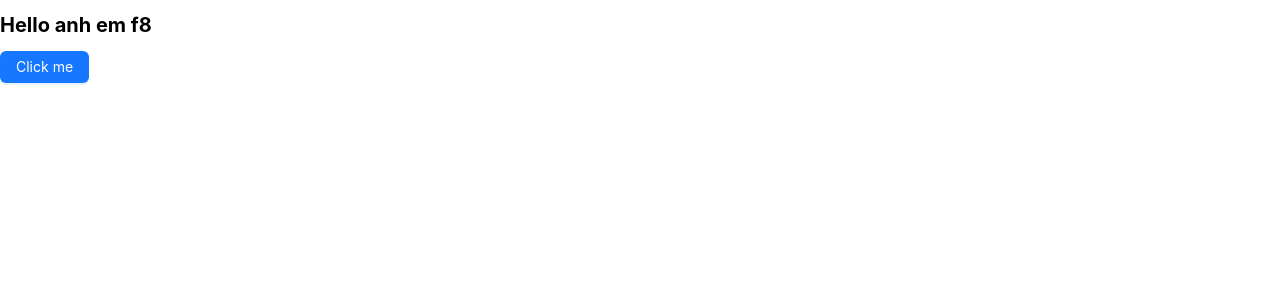
Repository: manhhieu120499/E-Commerce
Page: /
The author's editor kept a copy of each file at every save. The page is drawn from the files as they stood at one save, then again after the next save.
The browser window is 1280 px wide. The pictures show the whole page.
The project was rebuilt for these pictures with package versions that can differ from the ones it lists, and the page was loaded fresh each time.

Above is the page before, as saved 2024-12-31 12:49:04.

After the next save:
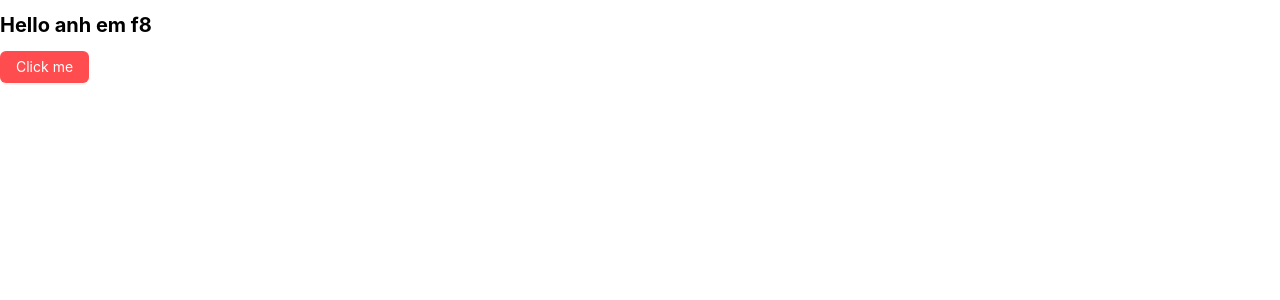
Saved 42 s later.
--- a/src/App.js
+++ b/src/App.js
@@ -3,7 +3,7 @@
   return (
     <div className="App">
       <h1>Hello anh em f8</h1>
-      <Button color="danger" type="primary" >Click me</Button>
+      <Button color="danger" type="primary" danger>Click me</Button>
     </div>
   );
 }

After the 2 saves that followed:
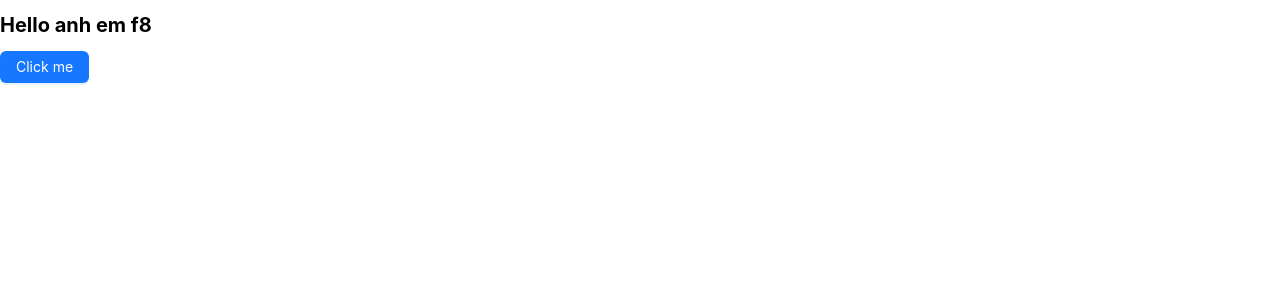
The 2 saves are shown as one change because 1 left the picture as it was.
The last was saved 43 s later.
--- a/src/App.js
+++ b/src/App.js
@@ -3,7 +3,7 @@
   return (
     <div className="App">
       <h1>Hello anh em f8</h1>
-      <Button color="danger" type="primary" danger>Click me</Button>
+      <Button type="primary">Click me</Button>
     </div>
   );
 }
